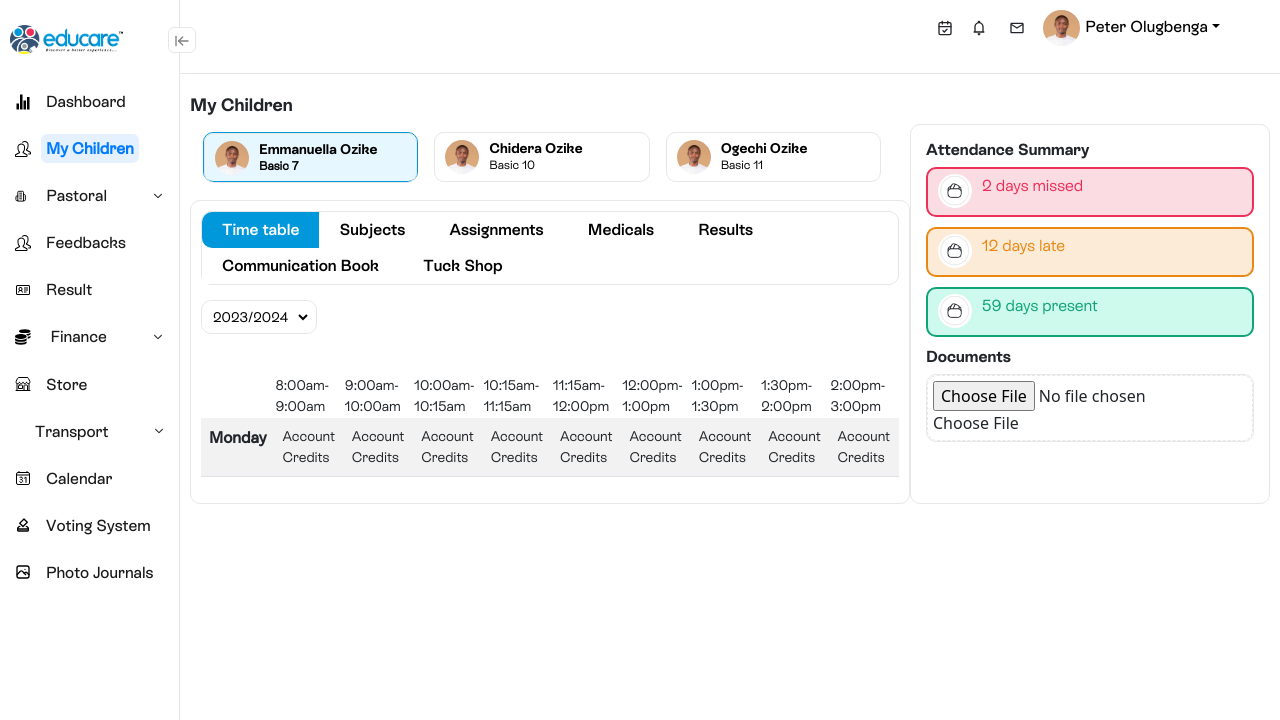
Repository: sarahnnanyelugo/educare-dashboards
Page: /my-children
An editor plug-in stored every save of this project. The page is shown before and after the next save, followed by the edit.
The browser window is 1280 px wide. The pictures show the whole page.
The project was rebuilt for these pictures with package versions that can differ from the ones it lists, and the page was loaded fresh each time. Also part of the build but not shown: src/Dashboards/Parents/MainView/main-view.scss, src/components/News/news.scss, src/components/News/News.js, src/TestData/newsData.js, src/TestData/schEvents.js, src/components/ResultChart/ResultChart.js, src/components/Calender/calender.scss, src/components/Calender/Calender.js and 5 more.

Above is the page before, as saved 2024-10-16 08:38:08.

### src/App.js
import logo from "./logo.svg";
import "./App.scss";
import "bootstrap/dist/css/bootstrap.min.css";
import { BrowserRouter, Routes, Route, Link, Outlet } from "react-router-dom";
import { ParentsLayout } from "./Layouts/ParentsLayout";
import { MainNews } from "./pages/NewsPage/MainNews/MainNews";
import { NewsPage } from "./pages/NewsPage/NewsPage";
function App() {
  return (
    <>
      {" "}
      <Routes>
        <Route path="/*" element={<ParentsLayout />} />{" "}
        <Route path="news-page" element={<NewsPage />} />
        <Route path="main-news/:blog_id" element={<MainNews />} />
      </Routes>
    </>
  );
}

export default App;

### src/App.scss
.App-link {
  color: #61dafb;
}

@keyframes App-logo-spin {
  from {
    transform: rotate(0deg);
  }
  to {
    transform: rotate(360deg);
  }
}
@font-face {
  font-family: rebondG;
  src: url(./assets/fonts/Rebond_font/RebondG.otf);
}
@font-face {
  font-family: rebondG-Bold;
  src: url(./assets/fonts/Rebond_font/RebondG-Bold.otf);
}
@font-face {
  font-family: rebondG-Semi-Bold;
  src: url(./assets/fonts/Rebond_font/Rebond-semibold.otf);
}
@font-face {
  font-family: rebondG-Medium;
  src: url(./assets/fonts/Rebond_font/RebondGrotesqueMedium.otf);
}
@font-face {
  font-family: rebondBook;
  src: url(./assets/fonts/Rebond_font/RebondG-Book.ttf);
}
@font-face {
  font-family: rebondLight;
  src: url(./assets/fonts/Rebond_font/RebondGLight.otf);
}
@font-face {
  font-family: rebondMI;
  src: url(./assets/fonts/Rebond_font/RebondGrotesqueMediumitalic.otf);
}
p,
small,
link {
  font-family: rebondBook;
}
h1,
h2,
h3,
h4,
h5,
h6 {
  font-family: rebondG-Bold;
}
a {
  font-family: rebondG-Medium;
  text-decoration: none !important;
}
.card {
  border: 1px solid #e7e7e7 !important;
  border-radius: 10px !important;
}
select {
  border: none;
  background: #fff;
  padding: 7px;
  border-radius: 10px;
  width: 95%;
  font-size: 14px !important;
  font-family: rebondBook !important;
}

### src/Layouts/ParentsLayout.js
import React from "react";
import { Routes, Route, Navigate } from "react-router-dom";
import { TopNav } from "../components/TopNav/TopNav";
import { MainView } from "../Dashboards/Parents/MainView/MainView";
import { MyChildren } from "../Dashboards/Parents/MyChildren/MyChildren";
import { SideNav } from "../Dashboards/SideNav/SideNav";
export const ParentsLayout = () => {
  return (
    <>
      <div className="d-md-flex">
        <div className="col-md-">
          <SideNav />
        </div>
        <div className="container-fluid" style={{ padding: "0px 0px" }}>
          <TopNav />
          <Routes>
            <Route path="/" element={<MainView />} />{" "}
            <Route path="/my-children" element={<MyChildren />} />{" "}
          </Routes>
        </div>
      </div>
    </>
  );
};

### src/components/TopNav/TopNav.js
import React from "react";
import "./top-nav.scss";
import { LuCalendarCheck } from "react-icons/lu";
import { CgBell } from "react-icons/cg";
import { MdOutlineEmail } from "react-icons/md";
import Container from "react-bootstrap/Container";
import Nav from "react-bootstrap/Nav";
import Navbar from "react-bootstrap/Navbar";
import Icon5 from "../../assets/images/peter.png";

import Dropdown from "react-bootstrap/Dropdown";

export const TopNav = () => {
  return (
    <div className="top-nav-container">
      <ul className="list-inline">
        <li className="list-inline-item">
          <LuCalendarCheck />
        </li>
        <li className="list-inline-item">
          <CgBell />
        </li>{" "}
        <li className="list-inline-item">
          <MdOutlineEmail />
        </li>
        <li className="list-inline-item">
          <div className="profile-drop">
            <Dropdown>
              <Dropdown.Toggle>
                <img src={Icon5} width="37px" />
                Peter Olugbenga
              </Dropdown.Toggle>

              <Dropdown.Menu>
                <Dropdown.Item href="/dashboard-selector">
                  My Roles
                </Dropdown.Item>
                <hr />
                <Dropdown.Item style={{ color: "#DE1E1E" }}>
                  Sign out
                </Dropdown.Item>
              </Dropdown.Menu>
            </Dropdown>
          </div>
        </li>
      </ul>
    </div>
  );
};

### src/Dashboards/Parents/MyChildren/MyChildren.js
import React, { useEffect, useState } from "react";
import { useLocation } from "react-router-dom";
import "./my-children.scss";
import {
  child1,
  child2,
  child3,
  children,
} from "../../../TestData/childrenData";
import { Children } from "./Children";
import { ActivityTab } from "./ActivityTab";
import Icon from "../../../assets/images/wallet.png";
import { FileUpload } from "../../../components/FIleUpload/FileUpload";

export const MyChildren = () => {
  const [activeTab, setActiveTab] = useState(1); // Default to first tab
  const location = useLocation(); // Get the location object

  const getTabIndexFromUrl = () => {
    const params = new URLSearchParams(location.search);
    const tab = params.get("tab");
    return tab ? parseInt(tab, 10) : 1; // Return the tab index or default to 1
  };

  useEffect(() => {
    const initialTab = getTabIndexFromUrl();
    setActiveTab(initialTab); // Set the active tab based on the URL parameter
  }, [location.search]); // Re-run when the location changes

  const handleClick2 = (index) => {
    setActiveTab(index); // Set the active tab
  };

  const checkActive = (index, className) => {
    return activeTab === index ? className : "";
  };

  return (
    <div className="my-children-view">
      <h6 style={{ fontSize: "18px", marginTop: "20px" }}>My Children</h6>
      <div className="d-md-flex">
        <div className="col-md-8 ">
          <div className="tabs col-md-12 row row-cols-1 row-cols-lg-3 g-2 g-lg-3">
            {children.map((data, index) => (
              <Children
                data={data}
                handleClick2={handleClick2}
                tabIndex={index + 1}
                key={index}
                isActive={activeTab === index + 1} // Set active based on activeTab state
                mode="tab" // This mode is for tab triggering
              />
            ))}
          </div>
          <div className="panels">
            <div className={`panel ${checkActive(1, "active2")}`}>
              <ActivityTab data={child1} />
            </div>
            <div className={`panel ${checkActive(2, "active2")}`}>
              {" "}
              <ActivityTab data={child2} />
            </div>
            <div className={`panel ${checkActive(3, "active2")}`}>
              {" "}
              <ActivityTab data={child3} />
            </div>
          </div>
        </div>
        <div className="col-md-4 card attendance-summary">
          <h6>Attendance Summary</h6>
          <div className="attendance missed d-flex">
            <img src={Icon} width="34px" height="34px" />
            <p>2 days missed</p>
          </div>{" "}
          <div className="attendance late d-flex">
            <img src={Icon} width="34px" height="34px" />
            <p>12 days late</p>
          </div>{" "}
          <div className="attendance present d-flex">
            <img src={Icon} width="34px" height="34px" />
            <p>59 days present</p>
          </div>
          <h6>Documents</h6>
          <div className="card">
            <div className="fil-upload">
              <FileUpload />
            </div>
          </div>
        </div>
      </div>
    </div>
  );
};

### src/components/TopNav/top-nav.scss
.top-nav-container {
  height: 74px;
  border-bottom: solid 1px #e4e7ec;
  //   padding-top: 20px;
  padding-right: 50px;
  ul {
    float: right;
    li {
      margin: 10px;
    }
  }
  .profile-drop {
    .btn {
      padding: 0;
      background: #fff !important;
      border: none !important;
      color: #000;
      font-family: rebondG-Medium;
      font-size: 16px;
      img {
        border-radius: 100%;
        margin-right: 5px;
      }
    }
    .dropdown-menu {
      border: solid 1px #d0d5dd;
      font-family: montM;
      box-shadow: 0px 1px 3px #1018281a;
      border: 1px solid #e4e7ec;
      border-radius: 10px;
      min-height: 150px;
      width: 230px !important;
      padding: 20px 10px;
      font-size: 14px;
      a {
        padding: 10px;
      }
      hr {
        border: solid 1px #d0d5dd;
      }
    }
  }
}

### src/TestData/childrenData.js
import Img1 from "../assets/images/peter.png";
export const children = [
  {
    name: "Emmanuella Ozike",
    img: Img1,
    class: "Basic 7",
    id: 1,
  },
  {
    name: "Chidera Ozike",
    img: Img1,
    class: "Basic 10",
    id: 1,
  },
  {
    name: "Ogechi Ozike",
    img: Img1,
    class: "Basic 11",
    id: 1,
  },
];

export const child1 = {
  data: [
    {
      id: 1,
      day: "Monday",
      period1: "Account Credits",
      period2: "Account Credits",
      period3: "Account Credits",
      period4: "Account Credits",
      period5: "Account Credits",
      period6: "Account Credits",
      period7: "Account Credits",
      period8: "Account Credits",
      period9: "Account Credits",
    },
  ],
};
export const child2 = {
  data: [
    {
      id: 1,
      day: "Monday",
      period1: "English",
      period2: "Biology",
      period4: "Account Credits",
      period5: "Account Credits",
      period6: "Account Credits",
      period7: "Account Credits",
      period8: "Account Credits",
      period9: "Account Credits",
    },
  ],
};
export const child3 = {
  data: [
    {
      id: 1,
      day: "Monday",
      period1: " Credits",
      period2: " Credits",
      period3: "Account Credits",
      period4: "Account Credits",
      period5: "Account Credits",
      period6: "Account Credits",
      period7: "Account Credits",
      period8: "Account Credits",
      period9: "Credits",
    },
  ],
};

### src/Dashboards/Parents/MyChildren/Children.js
import React, { useState } from "react";
import { Link } from "react-router-dom";
import "./my-children.scss";
export const Children = ({
  data,
  handleClick2,
  tabIndex,
  isActive,
  mode,
  linkUrl,
}) => {
  const handleClick = () => {
    if (mode === "tab" && handleClick2) {
      handleClick2(tabIndex); // Trigger the tab change only in tab mode
    } else if (mode === "link" && linkUrl) {
      window.location.href = linkUrl; // Navigate to the link in link mode
    }
  };
  return (
    <>
      <div className="col">
        <div className={isActive && mode === "tab" ? "active-component" : ""}>
          {" "}
          <div className="d-flex children-div col-md-12" onClick={handleClick}>
            <div>
              {" "}
              <img src={data.img} width="34px" height="34px" />
            </div>
            <div>
              <h6>{data.name}</h6>
              <p>{data.class}</p>
            </div>
          </div>
        </div>
      </div>
    </>
  );
};

### src/Dashboards/Parents/MyChildren/my-children.scss
.my-children-view {
  padding: 0 10px;
  .tabs {
    display: flex;
    width: 100%;
    padding: 8px 13px;
    font-family: rebondG-Bold;
  }

  .active-component {
    font-weight: bold;
    background: #e6f7ff;
    color: #fff;
    border: solid 1px #0098da;
    height: 50px;
    border-radius: 10px;
  }

  .panel {
    display: none;
    // color: #161617;
    // font-family: rebondG;
    // line-height: 40px;
    // padding-top: 65px;
    // background: #fff;
  }

  .panel.active2 {
    display: block;
  }
}

.children-div {
  height: 50px;
  padding: 7px 10px;
  margin-bottom: 10px;
  color: #000;
  border: solid 1px #e7e7e7;
  border-radius: 10px;
  &:hover {
    background: #e7e7e7;
  }
  img {
    border-radius: 100%;
    margin-right: 10px;
  }
  h6 {
    margin-bottom: 0;
    font-size: 14px;
  }
  p {
    font-size: 12px;
  }
}
.attendance-summary {
  padding: 15px;
}
.attendance {
  height: 50px;
  border-radius: 10px;
  padding: 5px 10px;
  margin-bottom: 10px;
  img {
    border-radius: 100%;
    margin-right: 10px;
  }
}
.missed {
  border: solid 2px #ed2f59;
  background: #fcdce3;
  color: #ed2f59;
}
.late {
  border: solid 2px #ea8713;
  background: #fcebd7;
  color: #ea8713;
}
.present {
  border: solid 2px #11a377;
  background: #cdfaec;
  color: #11a377;
}
.activity-tab {
  padding: 10px;
  .tabs2 {
    border: solid 1px #e7e7e7;
    border-radius: 10px;
    padding: 0px 0px;
    margin-bottom: 15px;
    button {
      background: #fff;
      border: none;
      padding: 6px 20px;
      font-family: rebondG-Semi-Bold;
    }
  }
  .edge {
    border-top-left-radius: 10px;
    border-bottom-left-radius: 10px;
  }
  .edge2 {
    border-top-right-radius: 10px;
    border-bottom-right-radius: 10px;
  }
}
.active3 {
  background: #0098da !important;
  color: #fff;
}

### src/Dashboards/Parents/MyChildren/ActivityTab.js
import React, { useState } from "react";
import Timetable from "../../../components/SampleTable/SampleTable";
import TimeTable from "../../../components/TimeTable/TimeTable";
import { child1, child2 } from "../../../TestData/childrenData";
import { subjects } from "../../../TestData/subjects";

export const ActivityTab = ({ data }) => {
  const [activeIndex, setActiveIndex] = useState(1);
  const handleClick = (index) => setActiveIndex(index);
  const checkActive = (index, className) =>
    activeIndex === index ? className : "";

  return (
    <div className="activity-tab card">
      <div className="tabs2 offset-md-">
        <button
          className={`tab2 edge ${checkActive(1, "active3")}`}
          onClick={() => handleClick(1)}
        >
          Time table
        </button>
        <button
          className={`tab2 ${checkActive(2, "active3")}`}
          onClick={() => handleClick(2)}
        >
          Subjects
        </button>{" "}
        <button
          className={`tab2 ${checkActive(3, "active3")}`}
          onClick={() => handleClick(3)}
        >
          Assignments
        </button>{" "}
        <button
          className={`tab2 ${checkActive(4, "active3")}`}
          onClick={() => handleClick(4)}
        >
          Medicals
        </button>{" "}
        <button
          className={`tab2 ${checkActive(5, "active3")}`}
          onClick={() => handleClick(5)}
        >
          Results
        </button>{" "}
        <button
          className={`tab2 ${checkActive(6, "active3")}`}
          onClick={() => handleClick(6)}
        >
          Communication Book
        </button>{" "}
        <button
          className={`tab2 edge2 ${checkActive(7, "active3")}`}
          onClick={() => handleClick(7)}
        >
          Tuck Shop
        </button>
      </div>
      <div className="panels">
        <div className={`panel ${checkActive(1, "active2")}`}>
          <div className="col-md-2 card">
            <select>
              <option>2023/2024</option>
              <option>2022/2021</option>
              <option>2021/2020</option>
            </select>
          </div>
          <TimeTable data={data} />
          {/* <Timetable /> */}
        </div>
        <div className={`panel ${checkActive(2, "active2")}`}>
          {" "}
          <ul>
            {subjects.map((item, index) => (
              <li key={index}>
                <strong>{item.subject}</strong>: {item.teacher}
              </li>
            ))}
          </ul>
        </div>
        <div className={`panel ${checkActive(3, "active2")}`}> 3</div>
        <div className={`panel ${checkActive(4, "active2")}`}> 4</div>
        <div className={`panel ${checkActive(5, "active2")}`}> 5</div>
        <div className={`panel ${checkActive(6, "active2")}`}> 6</div>
        <div className={`panel ${checkActive(7, "active2")}`}> 7</div>
      </div>
    </div>
  );
};

### src/components/FIleUpload/FileUpload.js
import React from "react";
import "./file-upload.scss";
export const FileUpload = () => {
  return (
    <>
      <div className="file-upload-div">
        <input type="file" id="actual-btn" />

        <label for="actual-btn">Choose File</label>
      </div>
    </>
  );
};

### src/Dashboards/SideNav/SidebarData.js
import React from "react";
import * as FaIcons from "react-icons/fa";
import * as AiIcons from "react-icons/ai";
import * as IoIcons from "react-icons/io";

export const SidebarData = [
  {
    name: "Dashboard",
    icon: "IoStatsChartSharp",
    url: "/",
  },
  {
    name: "My Children",
    icon: "SlPeople",
    url: "/my-children",
  },
  {
    name: "Pastoral",
    icon: "LuBuilding2",
    url: "/pastoral",
    accordion: true,
    accordionContent: [
      { name: "Ministry", url: "/pastoral/ministry" },
      { name: "Sermons", url: "/pastoral/sermons" },
      { name: "Events", url: "/pastoral/events" },
    ],
  },
  {
    name: "Feedbacks",
    icon: "SlPeople",
    url: "/feedbacks",
  },
  {
    name: "Result",
    icon: "LiaIdCardSolid",
    url: "/result",
  },
  {
    name: "Finance",
    icon: "FaCoins",
    url: "/finance",
    accordion: true,
    accordionContent: [
      { name: "Donations", url: "/finance/donations" },
      { name: "Expenses", url: "/finance/expenses" },
      { name: "Reports", url: "/finance/reports" },
    ],
  },
  {
    name: "Store",
    icon: "IoStorefrontOutline",
    url: "/store",
  },
  {
    name: "Transport ",
    icon: "MdOutlineEmojiTransportation",
    url: "/transport",
    accordion: true,
    accordionContent: [
      { name: "Bus Routes", url: "/transport/routes" },
      { name: "Schedules", url: "/transport/schedules" },
      { name: "Ticketing", url: "/transport/ticketing" },
    ],
  },
  {
    name: "Calendar",
    icon: "IoCalendarNumberOutline",
    url: "/calendar",
  },
  {
    name: "Voting System",
    icon: "MdOutlineHowToVote",
    url: "/voting",
  },
  {
    name: "Photo Journals",
    icon: "TbPhoto",
    url: "/photo-journals",
  },
];

### src/Dashboards/SideNav/side-nav.scss
.side-nav-div {
  background: #fff;
  .nav-inner {
    padding: 25px 5px 5px 10px;
    display: flex;
    align-items: center;
  }
  border-right: 1px solid #e7e7e7;
  a {
    color: #191919;
    font-size: 16px;
    padding: 5px 5px 5px 5px;

    border-radius: 6px;
  }
  ul {
    // background: red;
    li {
      margin: 22px 15px !important;
      &:hover {
        background: #e7e7e7;
        border-radius: 6px;
      }
    }
  }
  .accordion-button {
    padding: 3px 0 3px 5px !important;
    margin-left: 0 !important;
    font-size: 16px;
    font-family: rebondG-Medium;
    font-weight: normal !important;
    &:hover {
      background: red;
    }
    // background: red !important;
  }
  .accordion-body {
    border-left: 1px solid #e7e7e7;
    margin-top: 20px;
  }
  .accordion-button:not(.collapsed) {
    border-bottom: 0 !important;
  }
  .accordion-button::after {
    display: none;
    // width: 10px;
    // height: 10px;
  }
  .accordion-item {
    border: none !important;
  }
  .active-link {
    color: #007bff; /* Change to your desired active link color */
    font-weight: bold; /* Optional: make the text bold */
    background-color: rgba(
      0,
      123,
      255,
      0.1
    ); /* Optional: add a background color */
  }
}

### src/components/TimeTable/TimeTable.js
import React, { useState, useEffect } from "react";
import "./time-table.scss";
import Table from "react-bootstrap/Table";
import { Link } from "react-router-dom";

const TimeTable = (props) => {
  return (
    <>
      <div className="time-table-container">
        <Table className="col-md-12 col-12" striped responsive>
          <tr>
            <td></td>
            <td>8:00am-9:00am</td>
            <td>9:00am-10:00am</td>
            <td>10:00am-10:15am</td>
            <td>10:15am-11:15am</td>
            <td>11:15am-12:00pm</td>
            <td>12:00pm-1:00pm</td>
            <td>1:00pm-1:30pm</td>
            <td>1:30pm-2:00pm</td>
            <td>2:00pm-3:00pm</td>
          </tr>

          <tbody>
            {props.data.data.map((item, index) => (
              <tr>
                <th>{item.day}</th>
                <td>{item.period1}</td>
                <td>{item.period2}</td>
                <td>{item.period3}</td>
                <td>{item.period4}</td>
                <td>{item.period5}</td>
                <td>{item.period6}</td>
                <td>{item.period7}</td>
                <td>{item.period8}</td>
                <td>{item.period9}</td>
              </tr>
            ))}
          </tbody>
        </Table>
      </div>
    </>
  );
};
export default TimeTable;

### src/TestData/subjects.js
export const subjects = [
  {
    subject: "Mathematics",
    teacher: "Mr. John",
  },
  {
    subject: "English",
    teacher: "Ms. Jane",
  },
  {
    subject: "Biology",
    teacher: "Dr. Smith",
  },
];

### src/components/FIleUpload/file-upload.scss
.file-upload-div {
  border: dashed 1px #e7e7e7;
  border-radius: 10px;
  padding: 5px;
}

### src/components/TimeTable/time-table.scss
.time-table-container {
  padding-top: 40px;
  tr {
    td {
      font-family: rebondBook;
      font-size: 14px;
    }
    th {
      font-family: rebondG-Medium;
    }
  }
}

Loaded but not shown: public/index.html (common file); src/index.js (common file); src/index.css (common file); src/reportWebVitals.js (common file); src/Dashboards/SideNav/SideNav.js (193 lines, source omitted)

After the next save:
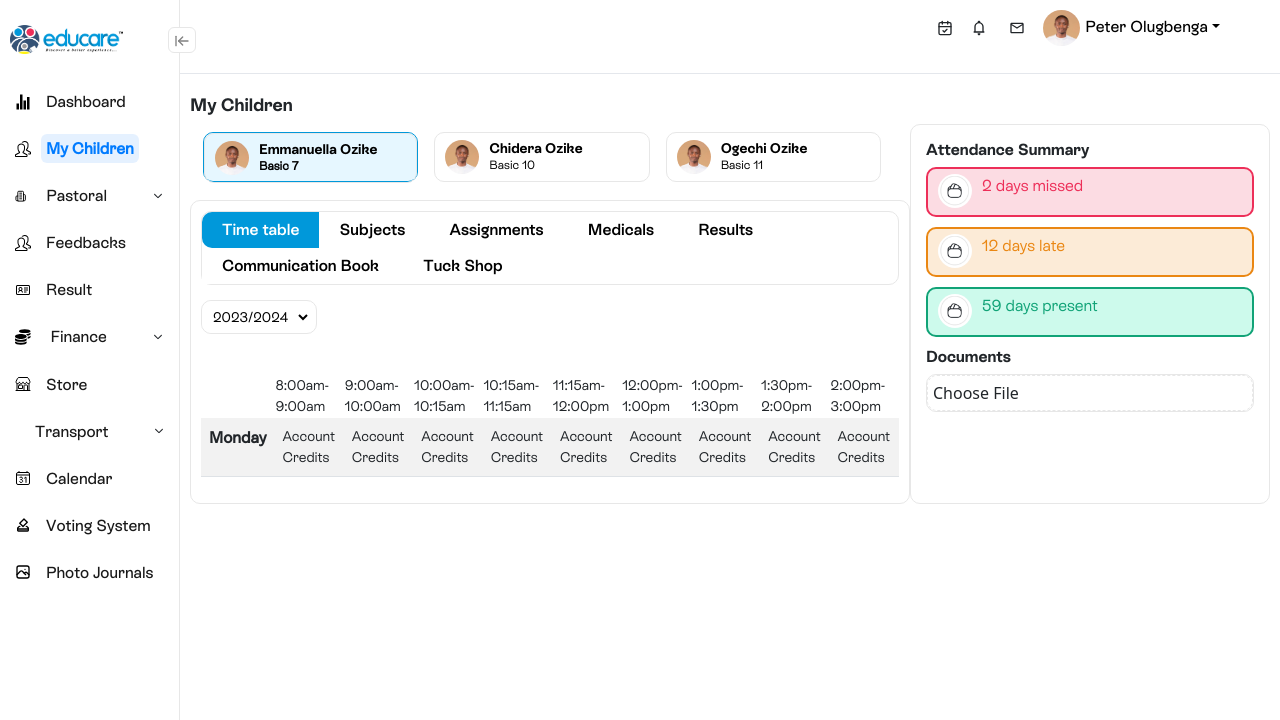
Saved 60 s later.
--- a/src/components/FIleUpload/FileUpload.js
+++ b/src/components/FIleUpload/FileUpload.js
@@ -4,7 +4,7 @@ export const FileUpload = () => {
   return (
     <>
       <div className="file-upload-div">
-        <input type="file" id="actual-btn" />
+        <input type="file" id="actual-btn" hidden />
 
         <label for="actual-btn">Choose File</label>
       </div>
